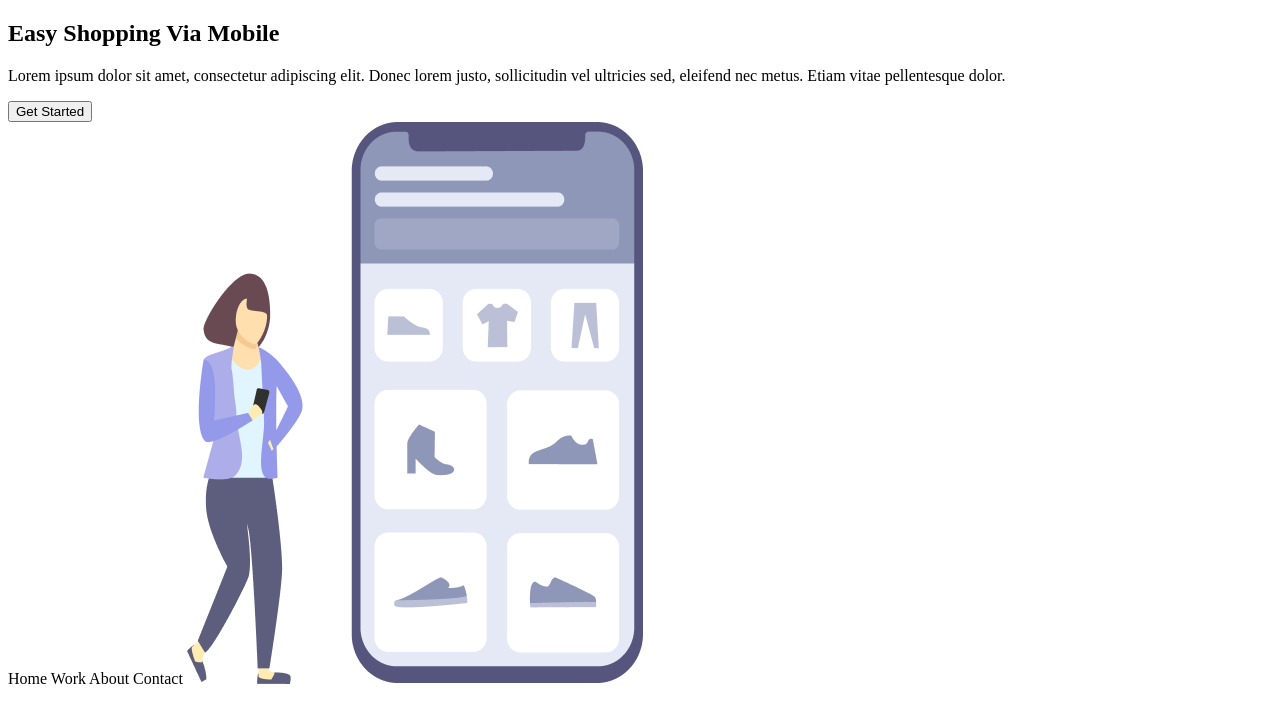
Repository: Leo-Marques-882/Projeto-Git-2
Page: index.html
An editor plug-in stored every save of this project. The page is shown before and after the next save, followed by the edit.
The browser window is 1280 px wide. The pictures show the whole page.

Above is the page before, as saved 2023-03-06 22:10:35.

### index.html
<!DOCTYPE html>
<html lang="pt_br">

<head>
    <meta charset="UTF-8">
    <meta http-equiv="X-UA-Compatible" content="IE=edge">
    <meta name="viewport" content="width=device-width, initial-scale=1.0">
    <link rel="stylesheet" href="styless.css">
    <link rel="preconnect" href="https://fonts.googleapis.com">
    <link rel="preconnect" href="https://fonts.gstatic.com" crossorigin>
    <title>Projeto 1</title>
</head>

<body>
    <section>
        <h1>Easy Shopping Via Mobile</h1>
        <p>Lorem ipsum dolor sit amet, consectetur adipiscing
            elit. Donec lorem justo, sollicitudin vel ultricies sed,
            eleifend nec metus. Etiam vitae pellentesque dolor. </p>
        <button>Get Started</button>
    </section>
    <section>
        <a>Home</a>
        <a>Work</a>
        <a>About</a>
        <a>Contact</a>
        <img src="./img/Illustration.png" alt="girl-phone">
    </section>
</body>

</html>

### styless.css


After the next save:
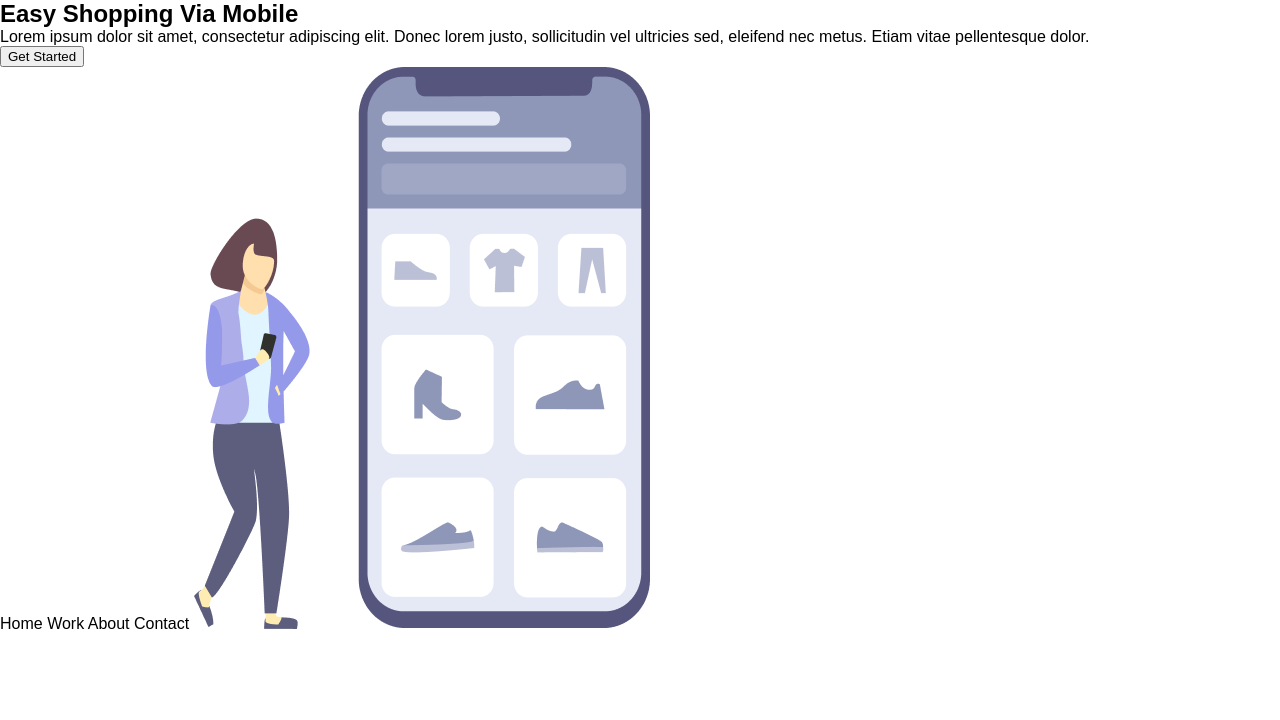
Saved 86 s later.
--- a/styless.css
+++ b/styless.css
@@ -0,0 +1,6 @@
+* {
+    box-sizing: border-box;
+    font-family: 'Oswald', sans-serif;
+    margin: 0px;
+
+}
